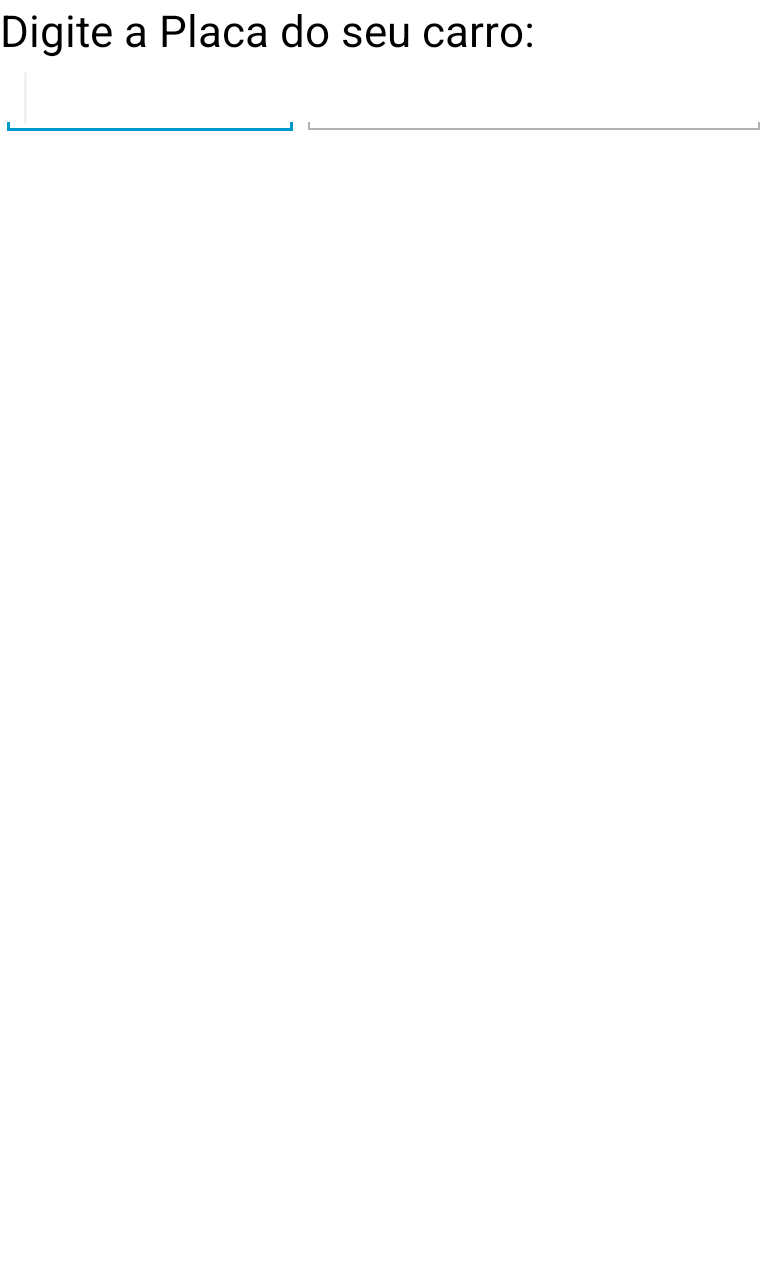
Repository: Rennanxp2/Android_Exercices_done
Layout: Exercícios Android 2/Ex2/res/layout/activity_rodizio.xml
An editor plug-in stored every save of this project. The layout is shown before and after the next save, followed by the edit.
It is drawn on a 768 x 1280 px phone screen (xhdpi) without system bars, with theme AppTheme; the app's code is not run.

Above is the layout before, as saved 2017-09-26 01:58:40.

After the next save:
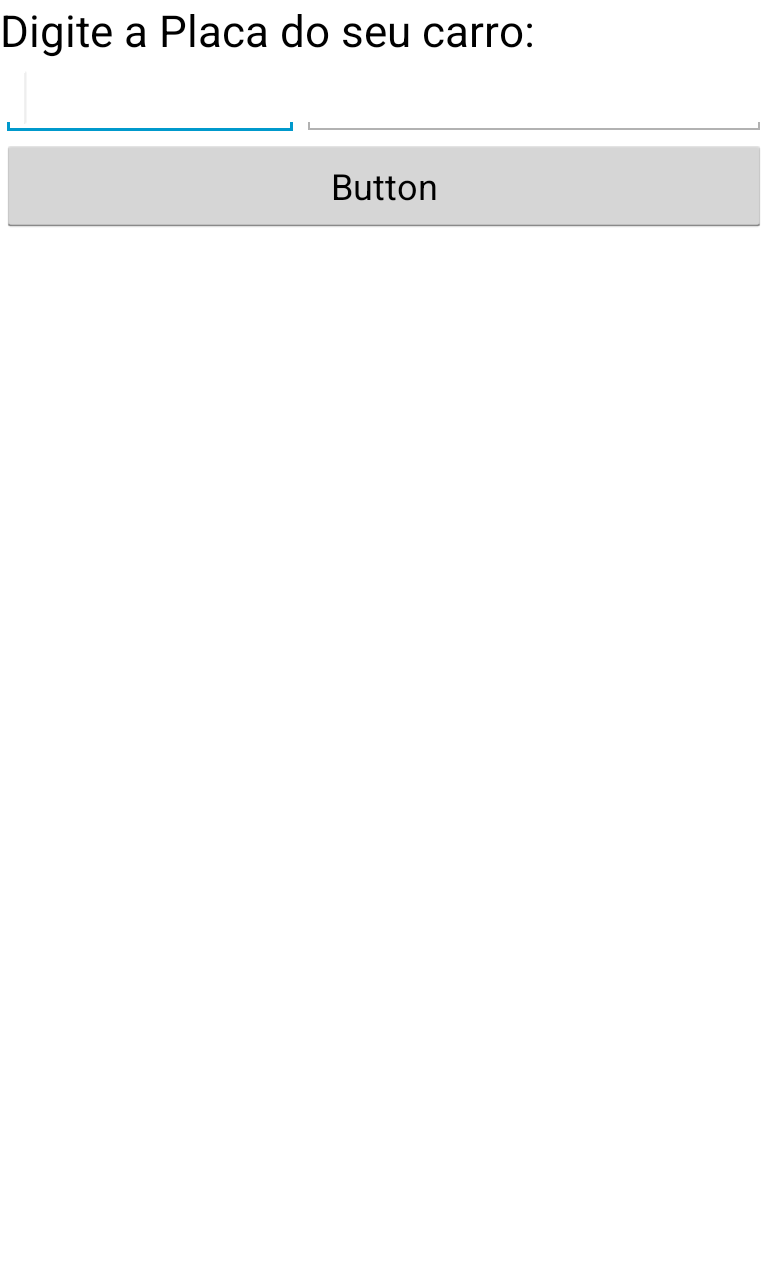
Saved 68 s later.
--- a/Exercícios Android 2/Ex2/res/layout/activity_rodizio.xml
+++ b/Exercícios Android 2/Ex2/res/layout/activity_rodizio.xml
@@ -42,4 +42,16 @@
 
     </LinearLayout>
 
+    <LinearLayout
+        android:layout_width="match_parent"
+        android:layout_height="wrap_content" >
+
+        <Button
+            android:id="@+id/button1"
+            android:layout_width="match_parent"
+            android:layout_height="wrap_content"
+            android:text="Button" />
+
+    </LinearLayout>
+
 </LinearLayout>
